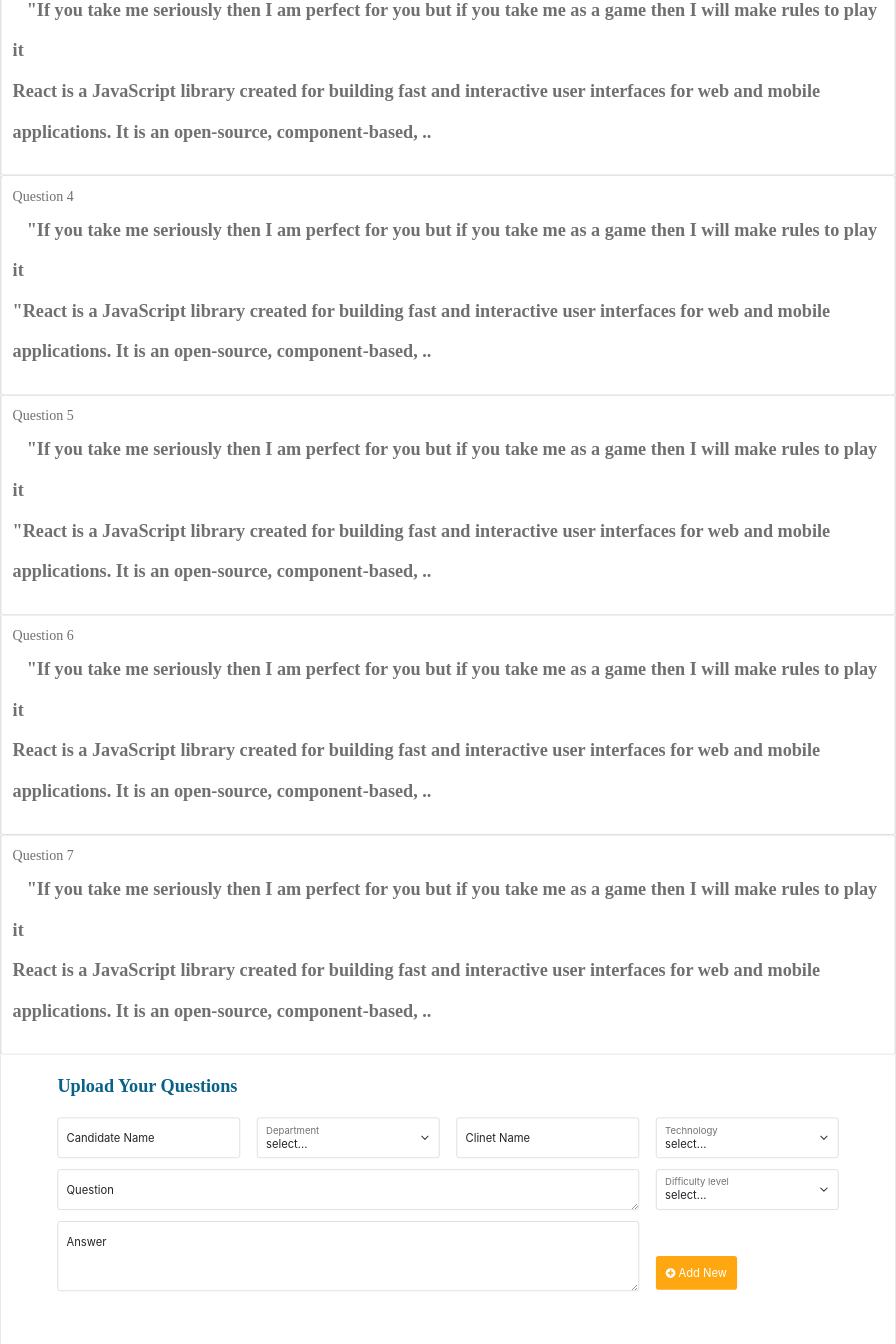
Repository: aajoshi3/casestudy
Page: /Search
The author's editor kept a copy of each file at every save. The page is drawn from the files as they stood at one save, then again after the next save.
The browser window is 1280 px wide. The pictures show the part of the page from y = 949 to 2869 px (the page is 2946 px tall before and 1690 px after), at 70% of full size.
The project was rebuilt for these pictures with package versions that can differ from the ones it lists, and the page was loaded fresh each time. Also part of the build but not shown: src/components/CustomNavbar3.js.

Above is the page before, as saved 2021-10-10 20:23:07.

After the next save:
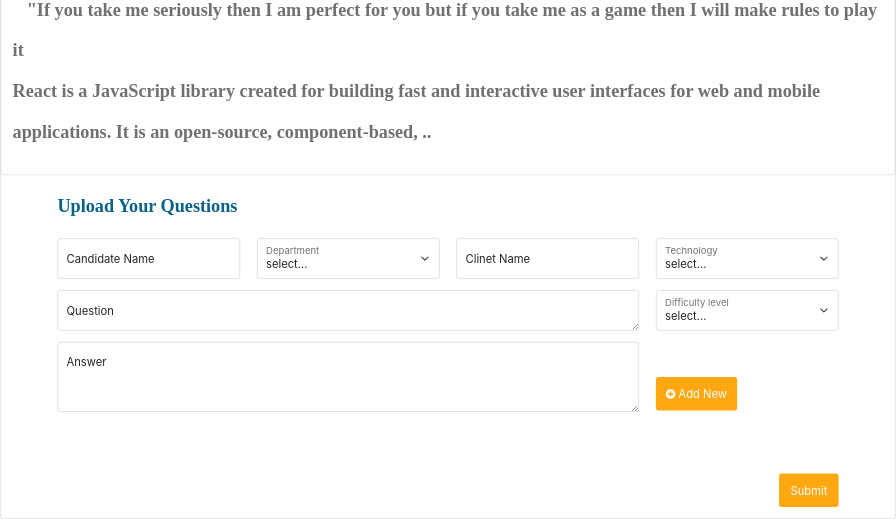
Saved 87 s later.
--- a/src/components/SearchView.js
+++ b/src/components/SearchView.js
@@ -12,19 +12,7 @@
     {
       question:'"If you take me seriously then I am perfect for you but if you take me as a game then I will make rules to play it',
       answer:'React is a JavaScript library created for building fast and interactive user interfaces for web and mobile applications. It is an open-source, component-based, ..'
-  }, {
-    question:'"If you take me seriously then I am perfect for you but if you take me as a game then I will make rules to play it',
-    answer:'"React is a JavaScript library created for building fast and interactive user interfaces for web and mobile applications. It is an open-source, component-based, ..'},
-{
-  question:'"If you take me seriously then I am perfect for you but if you take me as a game then I will make rules to play it',
-  answer:'"React is a JavaScript library created for building fast and interactive user interfaces for web and mobile applications. It is an open-source, component-based, ..'},
-  {
-  question:'"If you take me seriously then I am perfect for you but if you take me as a game then I will make rules to play it',
-  answer:'React is a JavaScript library created for building fast and interactive user interfaces for web and mobile applications. It is an open-source, component-based, ..'},
-  {
-  question:'"If you take me seriously then I am perfect for you but if you take me as a game then I will make rules to play it',
-  answer:'React is a JavaScript library created for building fast and interactive user interfaces for web and mobile applications. It is an open-source, component-based, ..'
-}])
+  }])
 
     return <div>{
   displayData.map((data,index)=>{
